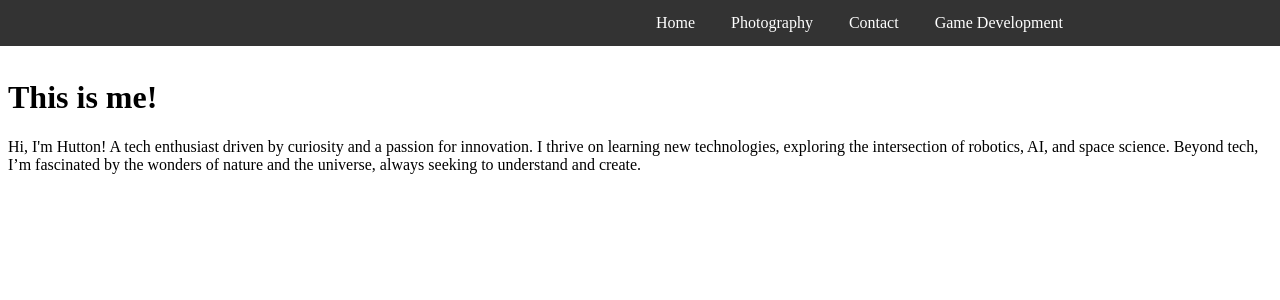
Repository: Argivist/ArgPortfolio
Page: index.html
These files come from the project's save history. The page is drawn as it stood at one moment and after the next save; the edit follows.
The browser window is 1280 px wide. The pictures show the whole page.

Above is the page before, as saved 2025-03-28 15:06:29.

After the next save:
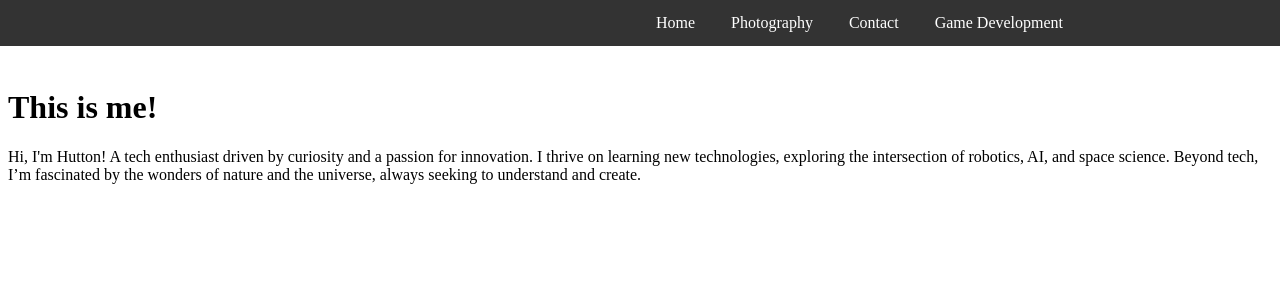
Saved 56 s later.
--- a/css/nav.css
+++ b/css/nav.css
@@ -36,7 +36,7 @@ nav {
     align-items: center;
 }
 .padding {
-    height: 50px;
+    height: 60px;
 }
 
 /* nav ul {
